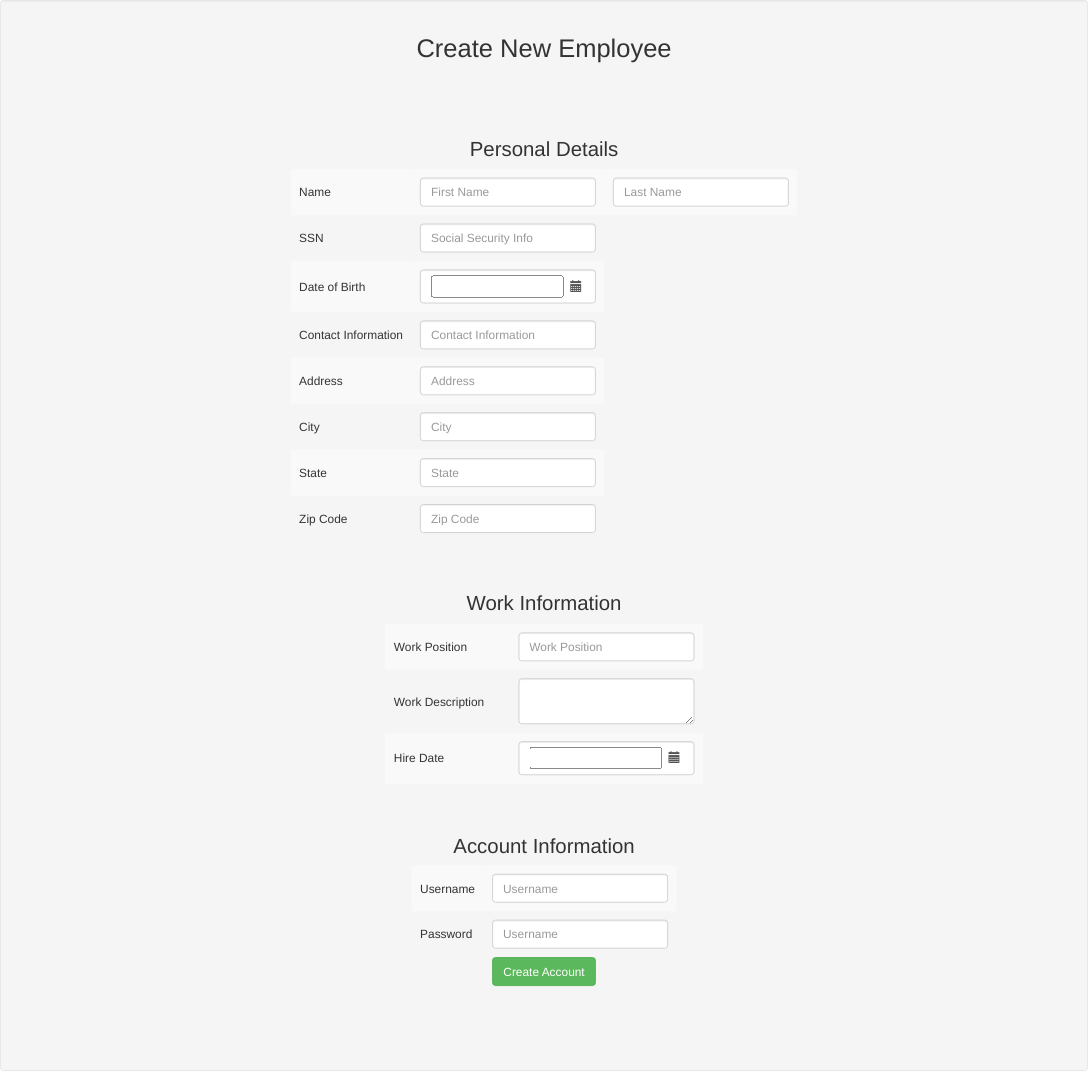
Repository: harshadrane89/CMPE273-WebService-AirlineManagement
Page: http://localhost/AirlineManagementSystemClient/TwitterGUI/CreateEmployee.jsp
An editor plug-in stored every save of this project. The page is shown before and after the next save, followed by the edit.
The browser window is 1280 px wide. The pictures show the whole page, at 85% of full size.
The page is served by Tomcat 9.

Above is the page before, as saved 2013-12-09 05:16:38.

After the next save:
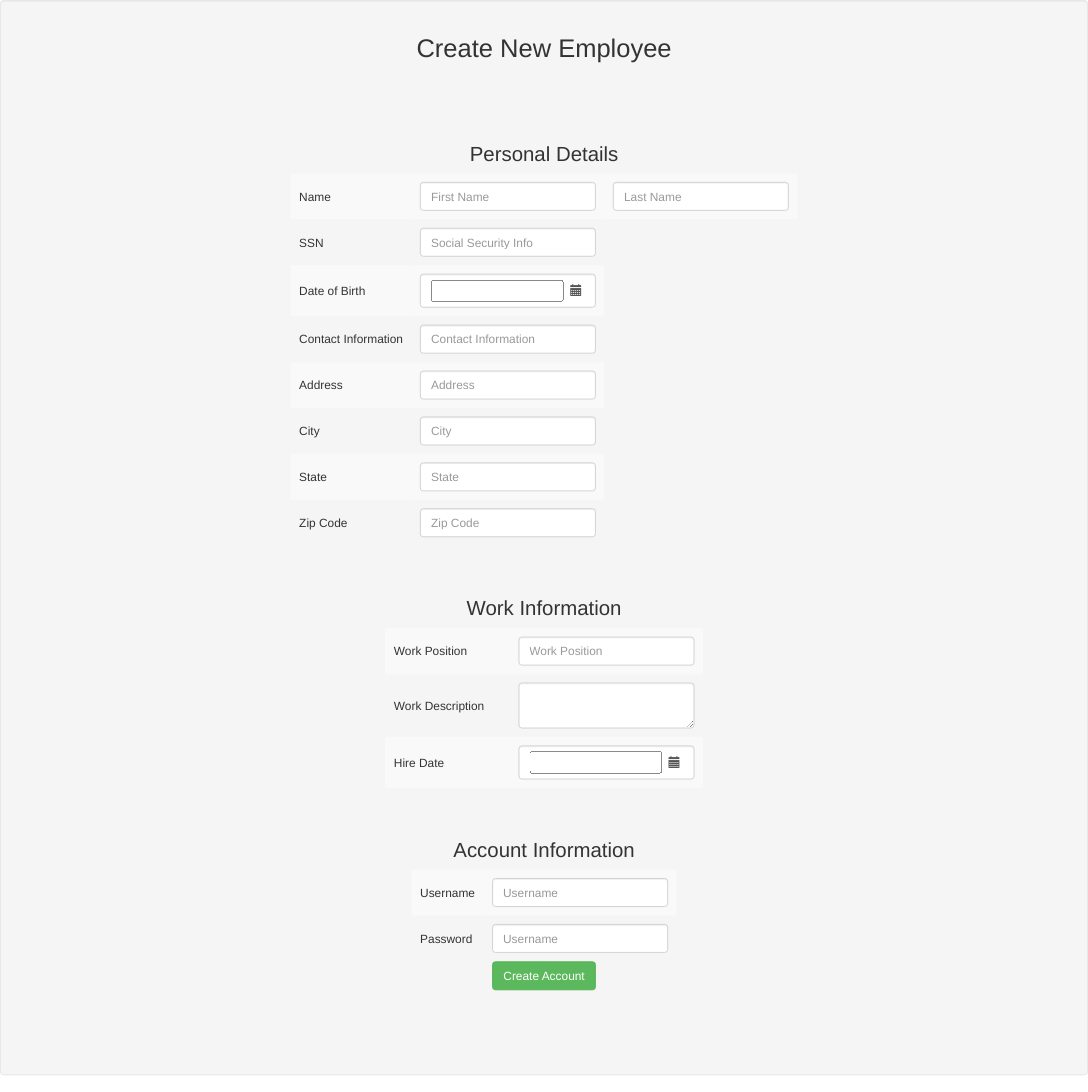
Saved 13 s later.
--- a/273_Project_Tomcat/AirlineManagementSystemClient/WebContent/TwitterGUI/CreateEmployee.jsp
+++ b/273_Project_Tomcat/AirlineManagementSystemClient/WebContent/TwitterGUI/CreateEmployee.jsp
@@ -16,6 +16,16 @@
 	<br>
 	<br>
 	<br>
+
+	<%
+		String errorMessage = "";
+		if(session.getAttribute("message")!=null){
+		errorMessage = (String) session.getAttribute("message");
+		}
+	%>
+	<label id="errorMessage"><b><%=errorMessage%></b></label>
+
+
 	<%
 	AirlineEmployee emp=new AirlineEmployee();
 	if (session.getAttribute("empObj")!=null)
